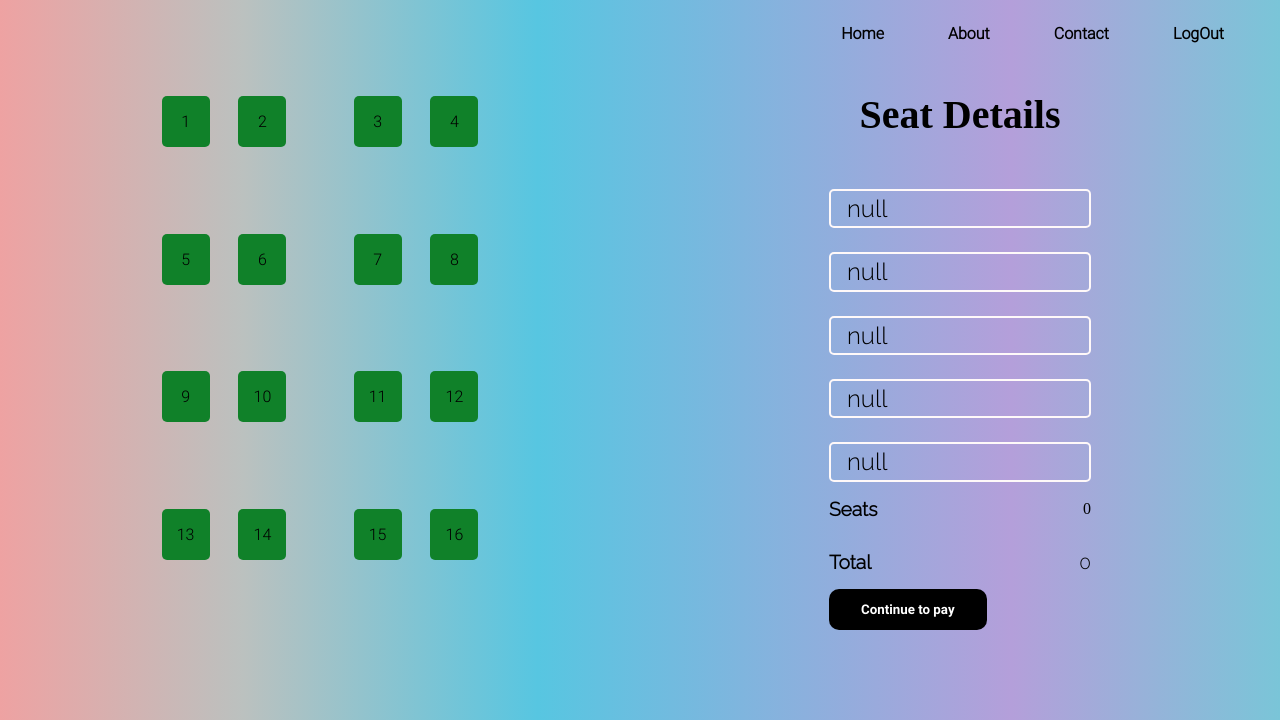
Repository: Savindushehan/RouteMaster-Group-project
Page: http://localhost/RouterMaster/UpdateBooking.jsp
An editor plug-in stored every save of this project. The page is shown before and after the next save, followed by the edit.
The browser window is 1280 px wide. The pictures show the whole page.
The page is served by Tomcat 10.

Above is the page before, as saved 2023-10-27 06:21:46.

After the next save:
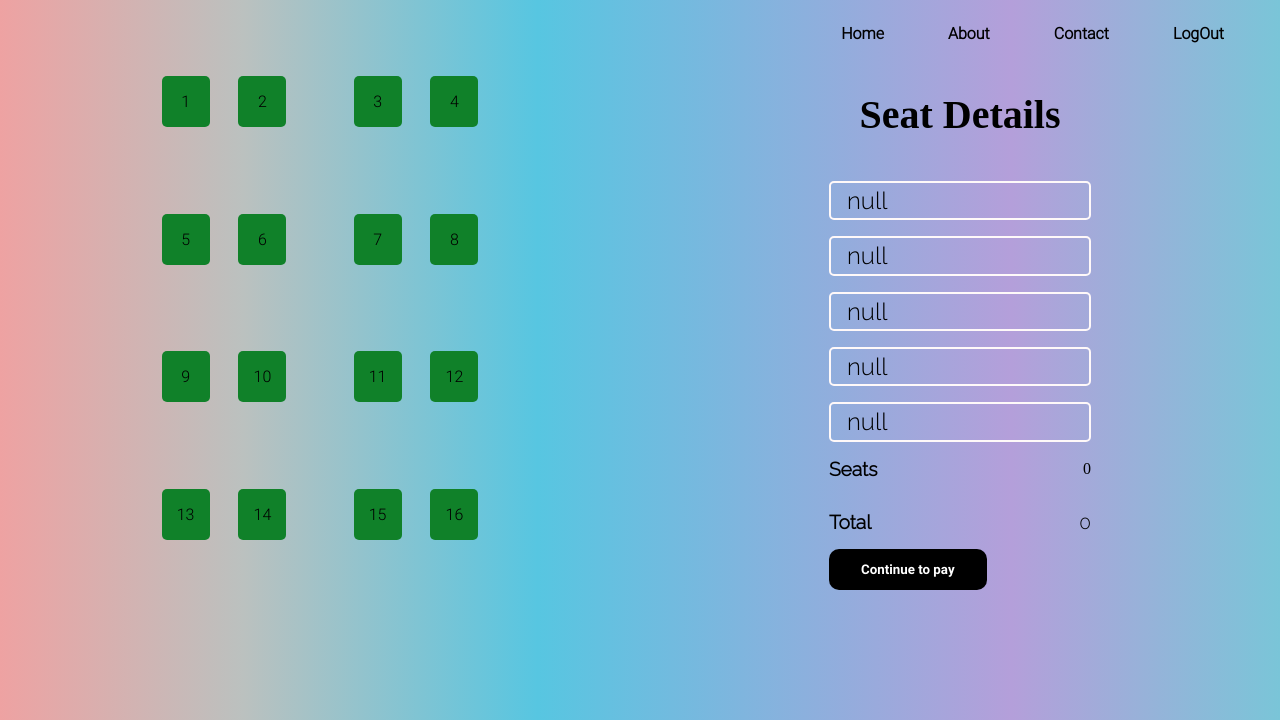
Saved 10 s later.
--- a/RouteMaster/RouterMaster/src/main/webapp/UpdateBooking.jsp
+++ b/RouteMaster/RouterMaster/src/main/webapp/UpdateBooking.jsp
@@ -154,7 +154,7 @@
           border: 2px solid red;
           border: none;
           background: transparent;
-                    margin-top: 1.5rem;
+                    margin-top: 1rem;
 
           border:2px solid rgb(255, 249, 249);
         }
